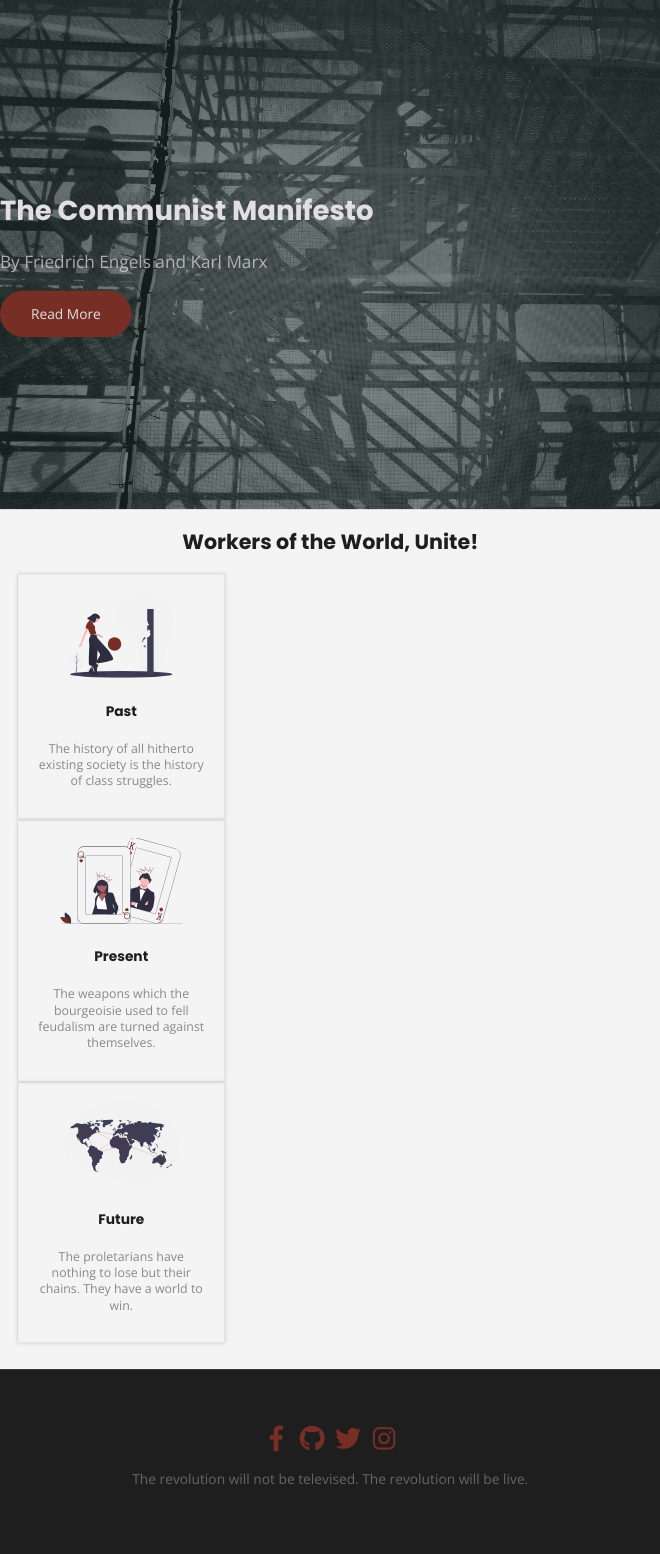
Repository: eaang/landing
Page: index.html
These files come from the project's save history. The page is drawn as it stood at one moment and after the next save; the edit follows.
The browser window is 768 px wide. The pictures show the whole page, at 86% of full size.
Some web libraries are served in a nearby version.

Above is the page before, as saved 2020-06-10 16:58:16.

After the next save:
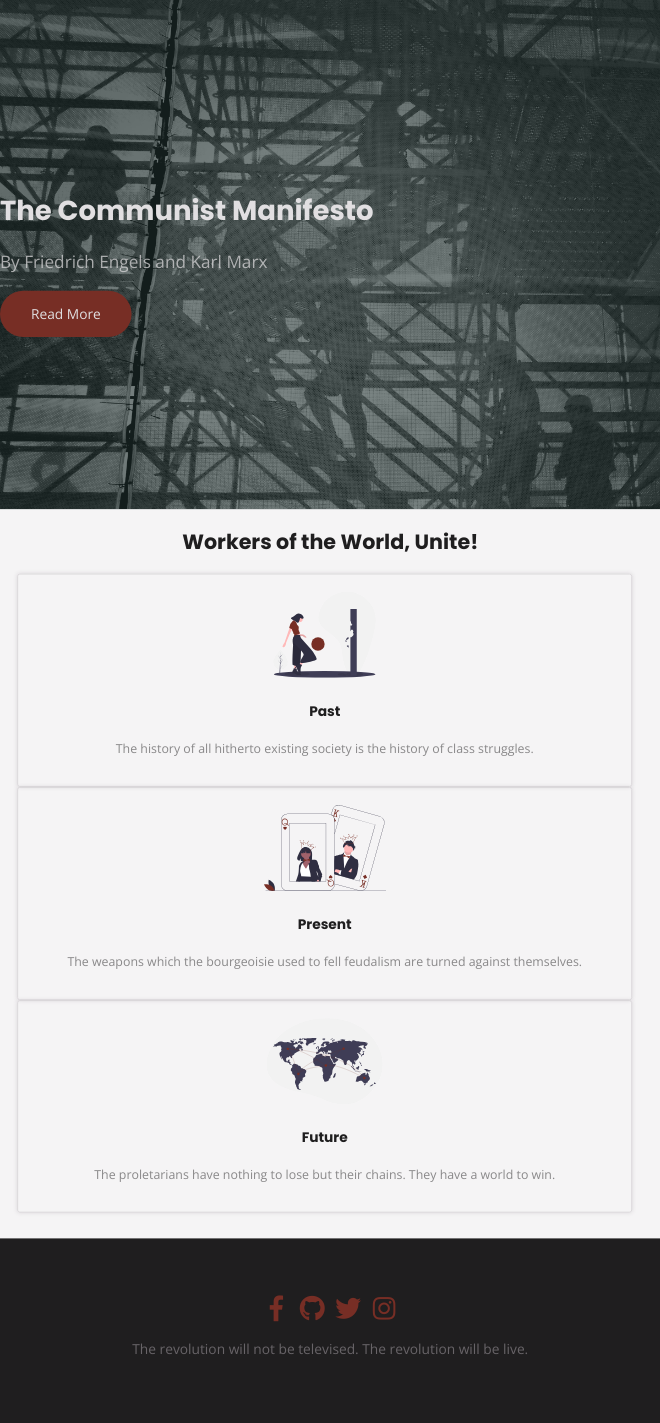
Saved 35 s later.
--- a/css/style.css
+++ b/css/style.css
@@ -131,4 +131,8 @@ a {
   .cards {
     flex-direction: column;
   }
+  .card {
+    margin: 0 10px;
+    max-width: 90%;
+  }
 }
